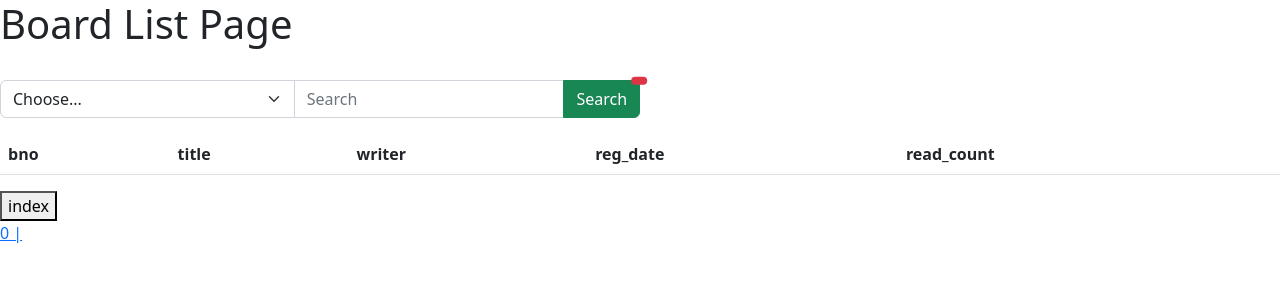
Repository: khr4162/-
Page: http://localhost/jsp_project/board/list.jsp
An editor plug-in stored every save of this project. The page is shown before and after the next save, followed by the edit.
The browser window is 1280 px wide. The pictures show the whole page.
The page is served by Tomcat 9. Other server files are loaded and not shown. The template is opened directly, without the code that normally fills it, so the values that code supplies are empty.

Above is the page before, as saved 2023-05-24 08:16:59.

### Desktop/김형래/jsp_project2 (2) (1)/jsp_project/src/main/webapp/board/list.jsp
<%@ page language="java" contentType="text/html; charset=UTF-8"
    pageEncoding="UTF-8"%>
<%@ taglib uri="http://java.sun.com/jsp/jstl/core"  prefix="c" %>
<!DOCTYPE html>
<html>
<head>
<meta charset="UTF-8">
<title>Board List Page</title>
<!-- CSS only -->
<link href="https://cdn.jsdelivr.net/npm/bootstrap@5.2.2/dist/css/bootstrap.min.css" rel="stylesheet" integrity="sha384-Zenh87qX5JnK2Jl0vWa8Ck2rdkQ2Bzep5IDxbcnCeuOxjzrPF/et3URy9Bv1WTRi" crossorigin="anonymous">
<!-- JavaScript Bundle with Popper -->
<script src="https://cdn.jsdelivr.net/npm/bootstrap@5.2.2/dist/js/bootstrap.bundle.min.js" integrity="sha384-OERcA2EqjJCMA+/3y+gxIOqMEjwtxJY7qPCqsdltbNJuaOe923+mo//f6V8Qbsw3" crossorigin="anonymous"></script>
</head>
<body>
<h1>Board List Page</h1><br>
<!-- 검색 라인 -->
<div class="col-sm-12 col-md-6">
<form action="/brd/page" method="post">
	<div  class="input-group mb-3">
		<c:set value="${pgh.pgvo.type }" var="typed"></c:set>
		<select name="type" class="form-select">
		<!-- selected : 현재 내가 선택한 값 -->
			<option ${typed == null ? 'selected':'' }>Choose...</option>
			<option value="t" ${typed eq 't' ? 'selected':'' }>title</option>
			<option value="c" ${typed eq 'c' ? 'selected':'' }>content</option>
			<option value="w" ${typed eq 'w' ? 'selected':'' }>writer</option>
			<option value="tc" ${typed eq 'tc' ? 'selected':'' }>title or content</option>
			<option value="tw" ${typed eq 'tw' ? 'selected':'' }>title or writer</option>
			<option value="cw" ${typed eq 'cw' ? 'selected':'' }>content or writer</option>
		</select>
		<input class="form-control" type="text" name="keyword" placeholder="Search">
		<input type="hidden" name="pageNo" value="${pgh.pgvo.pageNo }">
		<input type="hidden" name="qty" value="${pgh.pgvo.qty }">
		<button type="submit" class="btn btn-success position-relative">Search
		<span class="position-absolute top-0 start-100 translate-middle badge rounded-pill bg-danger">
    		${pgh.totalCount }
    		<span class="visually-hidden">unread messages</span></span>
		</button>

	</div>
</form>
</div>

<table class="table table-hover">
<tr>
	<th>bno</th>
	<th>title</th>
	<th>writer</th>
	<th>reg_date</th>
	<th>read_count</th>
</tr>
<c:forEach items="${list }" var="bvo">
<tr>
	<td>${bvo.bno }</td>
	<td><a href="/brd/detail?bno=${bvo.bno }">${bvo.title }</a></td>
	<td>${bvo.writer }</td>
	<td>${bvo.reg_date }</td>
	<td>${bvo.read_count }</td>
</tr>
</c:forEach>
</table>
<a href="/"><button>index</button></a> <br>

<!-- 페이지네이션 위치 -->
<!-- 컨트롤러에서 page 정보를 싣고 와야함.  -->
<!-- startpage~endpage까지 숫자 반복 foreach -->
<!-- 이전페이지 -->
<c:if test="${pgh.prev }">
	<a href="/brd/page?pageNo=${pgh.startPage-1 }&qty=${pgh.pgvo.qty}&type=${pgh.pgvo.type}&keyword=${pgh.pgvo.keyword}"> ◁ </a>
</c:if>
<c:forEach begin="${pgh.startPage }" end="${pgh.endPage }" var="i">
	<a href="/brd/page?pageNo=${i }&qty=${pgh.pgvo.qty}&type=${pgh.pgvo.type}&keyword=${pgh.pgvo.keyword}">${i } | </a>
</c:forEach>
<!-- 다음페이지 -->
<c:if test="${pgh.next }">
	<a href="/brd/page?pageNo=${pgh.endPage+1 }&qty=${pgh.pgvo.qty}&type=${pgh.pgvo.type}&keyword=${pgh.pgvo.keyword}"> ▷ </a>
</c:if>
</body>
</html>

After the next save:
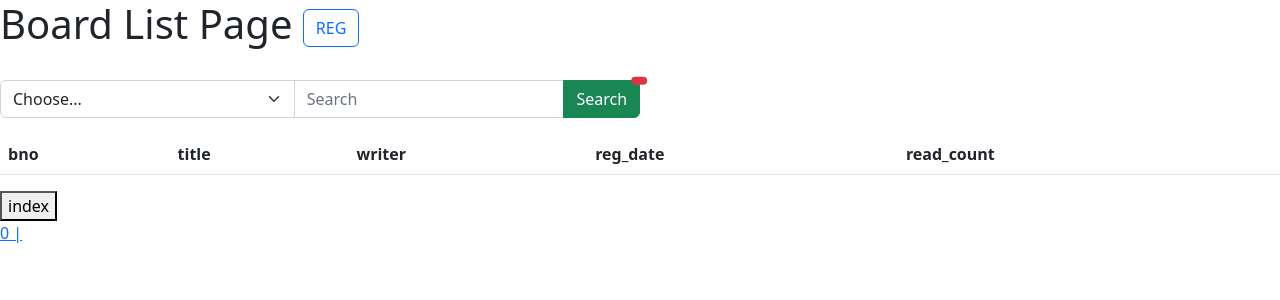
Saved 88 s later.
--- a/Desktop/김형래/jsp_project2 (2) (1)/jsp_project/src/main/webapp/board/list.jsp
+++ b/Desktop/김형래/jsp_project2 (2) (1)/jsp_project/src/main/webapp/board/list.jsp
@@ -12,7 +12,11 @@
 <script src="https://cdn.jsdelivr.net/npm/bootstrap@5.2.2/dist/js/bootstrap.bundle.min.js" integrity="sha384-OERcA2EqjJCMA+/3y+gxIOqMEjwtxJY7qPCqsdltbNJuaOe923+mo//f6V8Qbsw3" crossorigin="anonymous"></script>
 </head>
 <body>
-<h1>Board List Page</h1><br>
+<div class="col-sm-12 col-md-6">
+<h1>Board List Page
+<a href="/brd/register" class="btn btn-outline-primary">REG</a>
+</h1><br>
+</div>
 <!-- 검색 라인 -->
 <div class="col-sm-12 col-md-6">
 <form action="/brd/page" method="post">
